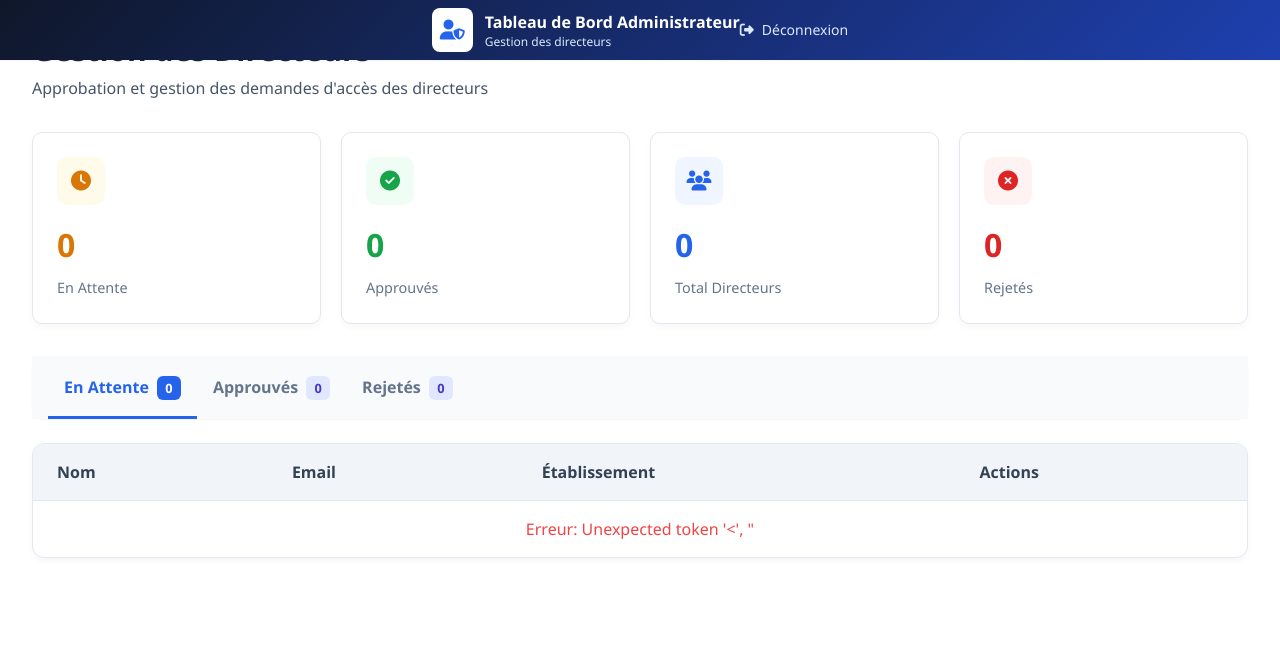
Repository: Mouad-git/edtpro
Page: gestion_edt/public/admin_dashboard.html
An editor plug-in stored every save of this project. The page is shown before and after the next save, followed by the edit.
The browser window is 1280 px wide. The pictures show the whole page.
Some web libraries are served in a nearby version.

Above is the page before, as saved 2025-08-08 18:30:15.

### gestion_edt/public/admin_dashboard.html
<!DOCTYPE html>
<html lang="fr">
<head>
    <meta charset="UTF-8">
    <meta name="viewport" content="width=device-width, initial-scale=1.0">
    <title>Tableau de Bord Administrateur</title>
    <script src="https://cdn.tailwindcss.com"></script>
    <link rel="stylesheet" href="https://cdnjs.cloudflare.com/ajax/libs/font-awesome/6.4.0/css/all.min.css"/>
    <style>
        :root {
            --primary: #2563eb; --primary-light: #dbeafe; --secondary: #64748b;
            --success: #16a34a; --danger: #dc2626; --warning: #d97706; --background: #f8fafc;
        }
        body { background-color: white; font-family: 'Segoe UI', system-ui, sans-serif; color: #1e293b; }

        .tabs-container { background-color: #f8fafc; padding: 0 1rem; }
        .tab-button {
            padding: 1rem; font-weight: 600; color: #64748b;
            border-bottom: 3px solid transparent; transition: all 0.2s ease;
            position: relative; background: none; border-top: 3px solid transparent;
            border-left: none; border-right: none; cursor: pointer; font-size: 1rem;
        }
        .tab-button:hover { color: var(--primary); background-color: #f1f5f9; }
        .tab-button.active { color: var(--primary); border-bottom-color: var(--primary); }
        .tab-button .badge {
            background: #e0e7ff; color: #4338ca; border-radius: 6px;
            width: auto; min-width: 24px; height: 24px; padding: 0 6px;
            font-size: 0.8rem; display: inline-flex; align-items: center; justify-content: center;
            margin-left: 8px;
        }
        .tab-button.active .badge { background-color: var(--primary); color: white; }

        .tab-content { display: none; }
        .tab-content.active { display: block; animation: fadeIn 0.4s ease; }
        @keyframes fadeIn { from { opacity: 0; transform: translateY(10px); } to { opacity: 1; transform: translateY(0); } }

        .card { background: white; border-radius: 12px; box-shadow: 0 4px 6px rgba(0, 0, 0, 0.03); overflow: hidden; border: 1px solid #e2e8f0; }
        .table { width: 100%; border-collapse: separate; border-spacing: 0; }
        .table th { background-color: #f1f5f9; color: #334155; font-weight: 600; padding: 1rem 1.5rem; text-align: left; border-bottom: 1px solid #e2e8f0; }
        .table td { padding: 1rem 1.5rem; border-bottom: 1px solid #e2e8f0; }
        .table tr:last-child td { border-bottom: none; }
        .table tr:hover { background-color: #f8fafc; }

        .btn { padding: 0.5rem 1rem; border-radius: 6px; font-weight: 500; font-size: 0.875rem; display: inline-flex; align-items: center; gap: 0.3rem; cursor: pointer; border: 1px solid transparent; transition: all 0.2s; }
        .btn-success { background-color: var(--success); color: white; }
        .btn-success:hover { background-color: #15803d; }
        .btn-danger { background-color: var(--danger); color: white; }
        .btn-danger:hover { background-color: #b91c1c; }
        .btn-outline { background-color: transparent; border: 1px solid #cbd5e1; color: #475569; }
        .btn-outline:hover { background-color: #f1f5f9; border-color: #94a3b8; }

        .status-badge { display: inline-flex; align-items: center; padding: 0.25rem 0.75rem; border-radius: 20px; font-size: 0.75rem; font-weight: 500; }
        .badge-approved { background-color: #dcfce7; color: #166534; }

        .header-gradient { background: linear-gradient(135deg, #0f172a, #1e40af); color: white; }
        .empty-state { padding: 3rem; text-align: center; color: #94a3b8; }
        .empty-state i { font-size: 3rem; margin-bottom: 1rem; color: #e2e8f0; }

        .stats-card { background: white; border-radius: 10px; padding: 1.5rem; box-shadow: 0 4px 6px rgba(0, 0, 0, 0.03); border: 1px solid #e2e8f0; }
        .stats-card .value { font-size: 2rem; font-weight: 700; margin-bottom: 0.5rem; }
        .stats-card .title { color: #64748b; font-size: 0.9rem; }
        .stats-card .icon { width: 48px; height: 48px; border-radius: 10px; display: flex; align-items: center; justify-content: center; margin-bottom: 1rem; }
        .pending .icon { background: #fffbeb; color: #d97706; }
        .approved .icon { background: #f0fdf4; color: #16a34a; }
        .rejected .icon { background: #fef2f2; color: #dc2626; }

        nav {
      position: fixed;
      top: 0;
      left: 0;
      width: 100%;
      height: 60px;
      padding: 10px 20px;
      background:#fff;
      box-shadow: 0 2px 10px rgba(0, 0, 0, 0.1);
      display: flex;
      align-items: center;
      z-index: 700;
      justify-content: space-between;
    }
    </style>
</head>
<body>
    <nav class="header-gradient shadow-sm">
        <div class="max-w-7xl mx-auto px-4 sm:px-6 lg:px-8">
            <div class="flex justify-between items-center h-16">
                <div class="flex items-center space-x-3">
                    <div class="bg-white p-2 rounded-lg"><i class="fas fa-user-shield text-blue-600 text-xl"></i></div>
                    <div><div class="font-bold text-white">Tableau de Bord Administrateur</div><div class="text-xs text-blue-100">Gestion des directeurs</div></div>
                </div>
                <div><a href="../api/auth/logout.php" class="flex items-center text-sm font-medium text-blue-100 hover:text-white transition"><i class="fas fa-sign-out-alt mr-2"></i>Déconnexion</a></div>
            </div>
        </div>
    </nav>

    <div class="max-w-7xl mx-auto p-4 sm:p-6 lg:p-8">
        <div class="mb-8"><h1 class="text-2xl md:text-3xl font-bold text-slate-800">Gestion des Directeurs</h1><p class="text-slate-600 mt-2">Approbation et gestion des demandes d'accès des directeurs</p></div>

        <div class="grid grid-cols-1 md:grid-cols-2 lg:grid-cols-4 gap-5 mb-8">
            <div class="stats-card pending"><div class="icon"><i class="fas fa-clock text-xl"></i></div><div id="stat-pending" class="value text-amber-600">0</div><div class="title">En Attente</div></div>
            <div class="stats-card approved"><div class="icon"><i class="fas fa-check-circle text-xl"></i></div><div id="stat-approved" class="value text-green-600">0</div><div class="title">Approuvés</div></div>
            <div class="stats-card"><div class="icon bg-blue-50 text-blue-600"><i class="fas fa-users text-xl"></i></div><div id="stat-total" class="value text-blue-600">0</div><div class="title">Total Directeurs</div></div>
            <div class="stats-card rejected"><div class="icon"><i class="fas fa-times-circle text-xl"></i></div><div id="stat-rejected" class="value text-red-600">0</div><div class="title">Rejetés</div></div>
        </div>

        <div class="bg-white rounded-xl shadow-sm mb-6">
            <div class="tabs-container flex overflow-x-auto" id="admin-tabs">
                <button class="tab-button active" data-target="panel-pending">En Attente<span id="badge-pending" class="badge">0</span></button>
                <button class="tab-button" data-target="panel-approved">Approuvés<span id="badge-approved" class="badge">0</span></button>
                <button class="tab-button" data-target="panel-rejected">Rejetés<span id="badge-rejected" class="badge">0</span></button>
            </div>
        </div>

        <div>
            <div id="panel-pending" class="tab-content active">
                <div class="card"><div class="overflow-x-auto"><table class="table">
                    <thead><tr><th>Nom</th><th>Email</th><th>Établissement</th><th class="text-center">Actions</th></tr></thead>
                    <tbody id="pending-users-table"></tbody>
                </table></div></div>
            </div>
            <div id="panel-approved" class="tab-content">
                <div class="card"><div class="overflow-x-auto"><table class="table">
                    <thead><tr><th>Nom</th><th>Email</th><th>Établissement</th><th class="text-center">Statut</th></tr></thead>
                    <tbody id="approved-users-table"></tbody>
                </table></div></div>
            </div>
            <div id="panel-rejected" class="tab-content">
                <div class="card"><div class="overflow-x-auto"><table class="table">
                    <thead><tr><th>Nom</th><th>Email</th><th>Établissement</th><th class="text-center">Actions</th></tr></thead>
                    <tbody id="rejected-users-table"></tbody>
                </table></div></div>
            </div>
        </div>
    </div>

    <script>
        document.addEventListener('DOMContentLoaded', checkAdminSession);

        async function checkAdminSession() {
            try {
                const response = await fetch('../api/auth/verify_admin_session.php');
                if (!response.ok) { window.location.href = 'login.html'; return; }
                loadAllUsers();
                setupTabNavigation();
            } catch (error) { window.location.href = 'login.html'; }
        }

        async function loadAllUsers() {
            const tables = {
                pending: document.getElementById('pending-users-table'),
                approved: document.getElementById('approved-users-table'),
                rejected: document.getElementById('rejected-users-table'),
            };
            const loadingRow = (cols) => `<tr><td colspan="${cols}" class="px-6 py-4 text-center">Chargement...</td></tr>`;
            tables.pending.innerHTML = loadingRow(4);
            tables.approved.innerHTML = loadingRow(4);
            tables.rejected.innerHTML = loadingRow(4);

            try {
                const response = await fetch('../api/admin/get_all_users.php');
                const result = await response.json();

                if (result.success) {
                    const pending = result.data.filter(u => u.status === 'pending');
                    const approved = result.data.filter(u => u.status === 'approved');
                    const rejected = result.data.filter(u => u.status === 'rejected');

                    updateStatsAndBadges(pending, approved, rejected);
                    renderPendingTable(pending);
                    renderApprovedTable(approved);
                    renderRejectedTable(rejected);
                } else { throw new Error(result.message); }
            } catch (error) {
                const errorRow = `<tr><td colspan="4" class="px-6 py-4 text-center text-red-500">Erreur: ${error.message}</td></tr>`;
                Object.values(tables).forEach(t => t.innerHTML = errorRow);
            }
        }

        function updateStatsAndBadges(pending, approved, rejected) {
            document.getElementById('stat-pending').textContent = pending.length;
            document.getElementById('stat-approved').textContent = approved.length;
            document.getElementById('stat-rejected').textContent = rejected.length;
            document.getElementById('stat-total').textContent = pending.length + approved.length + rejected.length;

            document.getElementById('badge-pending').textContent = pending.length;
            document.getElementById('badge-approved').textContent = approved.length;
            document.getElementById('badge-rejected').textContent = rejected.length;
        }

        function renderPendingTable(users) {
            const tableBody = document.getElementById('pending-users-table');
            if (users.length === 0) { tableBody.innerHTML = '<tr><td colspan="4" class="empty-state"><i class="fas fa-inbox"></i><p>Aucune demande en attente.</p></td></tr>'; return; }
            tableBody.innerHTML = '';
            users.forEach(user => {
                const row = `
                    <tr class="hover:bg-gray-50">
                        <td class="font-medium">${user.nom_complet}</td><td>${user.email}</td><td>${user.nom_etablissement}</td>
                        <td class="text-center"><div class="flex justify-center space-x-2">
                            <button onclick="updateUserStatus(${user.id}, 'approved')" class="btn btn-success"><i class="fas fa-check mr-1"></i>Approuver</button>
                            <button onclick="updateUserStatus(${user.id}, 'rejected')" class="btn btn-danger"><i class="fas fa-times mr-1"></i>Rejeter</button>
                        </div></td>
                    </tr>`;
                tableBody.innerHTML += row;
            });
        }

        function renderApprovedTable(users) {
             const tableBody = document.getElementById('approved-users-table');
             if (users.length === 0) { tableBody.innerHTML = '<tr><td colspan="4" class="empty-state"><i class="fas fa-user-check"></i><p>Aucun directeur approuvé.</p></td></tr>'; return; }
             tableBody.innerHTML = '';
             users.forEach(user => {
                const row = `
                    <tr>
                        <td class="font-medium">${user.nom_complet}</td><td>${user.email}</td><td>${user.nom_etablissement}</td>
                        <td class="text-center"><span class="status-badge badge-approved"><i class="fas fa-check-circle mr-1"></i>Approuvé</span></td>
                    </tr>`;
                tableBody.innerHTML += row;
             });
        }

        function renderRejectedTable(users) {
            const tableBody = document.getElementById('rejected-users-table');
            if (users.length === 0) { tableBody.innerHTML = '<tr><td colspan="4" class="empty-state"><i class="fas fa-user-times"></i><p>Aucune inscription rejetée.</p></td></tr>'; return; }
            tableBody.innerHTML = '';
            users.forEach(user => {
                const row = `
                     <tr>
                        <td class="font-medium">${user.nom_complet}</td><td>${user.email}</td><td>${user.nom_etablissement}</td>
                        <td class="text-center"><div class="flex justify-center space-x-2">
                            <button onclick="updateUserStatus(${user.id}, 'approved')" class="btn btn-success"><i class="fas fa-redo-alt mr-1"></i>Ré-approuver</button>
                            <button onclick="updateUserStatus(${user.id}, 'deleted')" class="btn btn-outline"><i class="fas fa-trash-alt mr-1"></i>Supprimer</button>
                        </div></td>
                    </tr>`;
                tableBody.innerHTML += row;
            });
        }

        async function updateUserStatus(userId, status) {
            const actions = { 'approved': 'approuver', 'rejected': 'rejeter', 'deleted': 'supprimer définitivement' };
            if (!confirm(`Êtes-vous sûr de vouloir ${actions[status]} cet utilisateur ?`)) return;
            try {
                const response = await fetch('../api/admin/update_user_status.php', {
                    method: 'POST',
                    headers: { 'Content-Type': 'application/json' },
                    body: JSON.stringify({ user_id: userId, new_status: status })
                });
                const result = await response.json();
                if (result.success) {
                    alert(`Utilisateur ${status === 'deleted' ? 'supprimé' : actions[status]} avec succès.`);
                    loadAllUsers();
                } else {
                    alert("Erreur: " + (result.message || "Impossible de mettre à jour le statut."));
                }
            } catch (error) { alert("Une erreur de communication est survenue."); }
        }

        function setupTabNavigation() {
            const tabsContainer = document.getElementById('admin-tabs');
            tabsContainer.addEventListener('click', (e) => {
                const targetButton = e.target.closest('.tab-button');
                if (targetButton) {
                    tabsContainer.querySelectorAll('.tab-button').forEach(btn => btn.classList.remove('active'));
                    targetButton.classList.add('active');
                    const targetId = targetButton.dataset.target;
                    document.querySelectorAll('.tab-content').forEach(panel => {
                        panel.classList.toggle('active', panel.id === targetId);
                    });
                }
            });
        }
    </script>
</body>
</html>

After the next save:
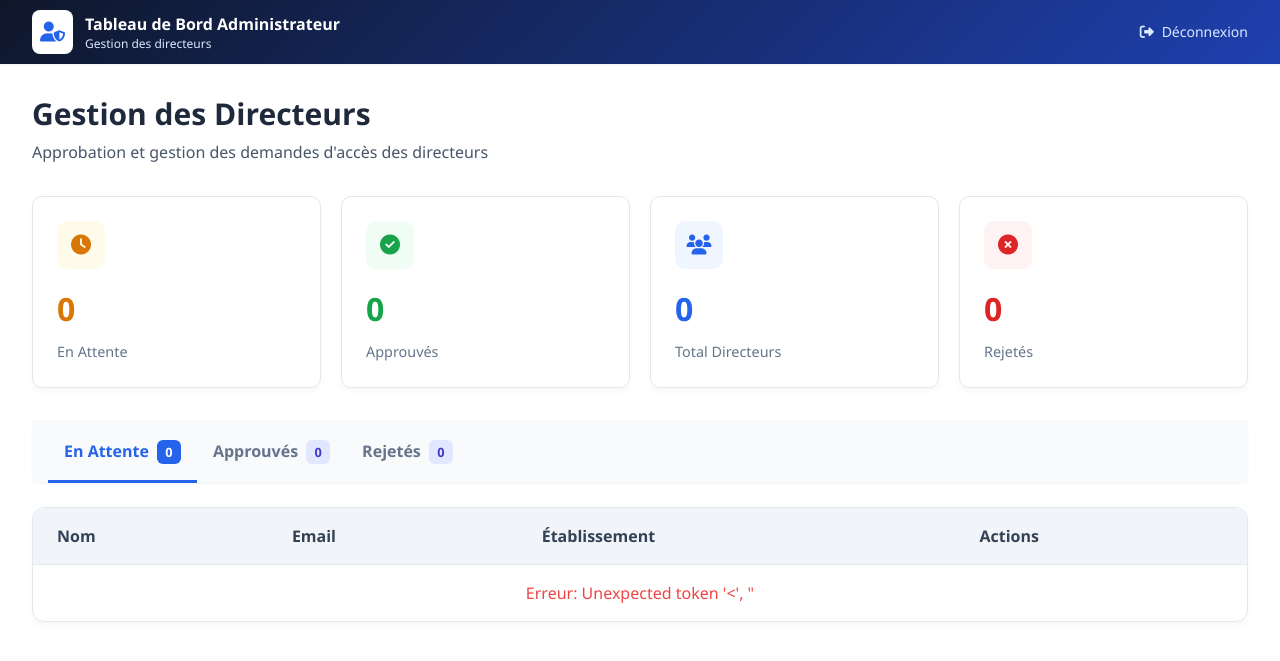
Saved 6 s later.
--- a/gestion_edt/public/admin_dashboard.html
+++ b/gestion_edt/public/admin_dashboard.html
@@ -64,20 +64,7 @@
         .approved .icon { background: #f0fdf4; color: #16a34a; }
         .rejected .icon { background: #fef2f2; color: #dc2626; }
 
-        nav {
-      position: fixed;
-      top: 0;
-      left: 0;
-      width: 100%;
-      height: 60px;
-      padding: 10px 20px;
-      background:#fff;
-      box-shadow: 0 2px 10px rgba(0, 0, 0, 0.1);
-      display: flex;
-      align-items: center;
-      z-index: 700;
-      justify-content: space-between;
-    }
+
     </style>
 </head>
 <body>
